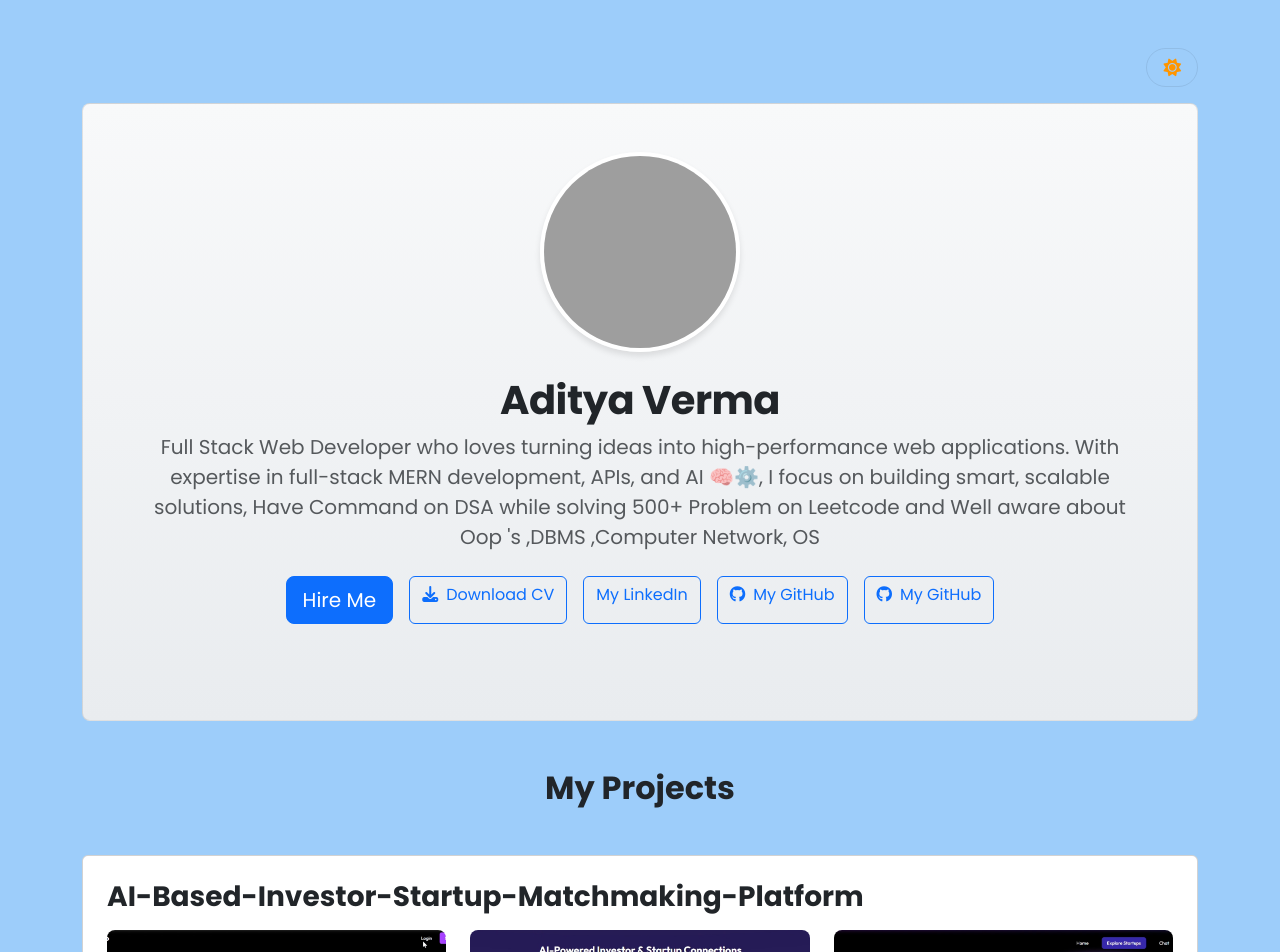
Repository: AdityaTech-Pro/Portfolio-Aditya-Verma
Page: Aditya Portfolio/index.html
An editor plug-in stored every save of this project. The page is shown before and after a run of saves, followed by the edit.
The browser window is 1280 px wide. The pictures show the part of the page from y = 0 to 952 px (the page is 4999 px tall).
Pictures or frames that could not be fetched are drawn as grey boxes.

Above is the page before, as saved 2026-01-08 00:10:34.

### Aditya Portfolio/index.html
<!DOCTYPE html>
<html lang="en">

<head>
    <meta charset="UTF-8">
    <meta name="viewport" content="width=device-width, initial-scale=1.0">
    <title>My Portfolio - Bootstrap Utilities</title>
    <!-- Bootstrap CSS -->
    <link href="https://cdn.jsdelivr.net/npm/bootstrap@5.3.2/dist/css/bootstrap.min.css" rel="stylesheet">
    <!-- Font Awesome for icons -->
    <link rel="stylesheet" href="https://cdnjs.cloudflare.com/ajax/libs/font-awesome/6.4.2/css/all.min.css">
    <!-- Google Font: Poppins -->
    <link href="https://fonts.googleapis.com/css2?family=Poppins:wght@300;400;600;700&display=swap" rel="stylesheet">
    <!-- Local custom styles -->
    <link rel="stylesheet" href="styles.css">
    <style>
        /* Custom styles to complement Bootstrap */

         :root {
            --bg: #9dcdfa;
            --card-bg: #ffffff;
            --accent: #0d6efd;
            --text: #212529;
        }

        body {
            background-color: var(--bg);
            color: var(--text);
            transition: background-color 0.3s ease, color 0.3s ease;
        }

        .profile-section {
            background: linear-gradient(to bottom, #f8f9fa, #e9ecef);
            transition: transform 0.3s ease, background 0.3s ease;
        }
        /* Top bar with theme toggle */

        .topbar {
            display: flex;
            justify-content: flex-end;
            align-items: center;
            gap: 1rem;
            margin-bottom: 1rem;
        }

        .theme-toggle {
            display: inline-flex;
            align-items: center;
            gap: 0.5rem;
            background: transparent;
            border: 1px solid rgba(0, 0, 0, 0.08);
            padding: 0.6rem 1rem;
            border-radius: 999px;
            cursor: pointer;
            color: var(--text);
            transition: all 0.3s ease;
        }

        .theme-toggle:hover {
            background: rgba(0, 0, 0, 0.05);
            transform: translateY(-1px);
        }

        .theme-toggle:active {
            transform: translateY(1px);
        }

        .theme-toggle i {
            font-size: 1.1rem;
        }

        .theme-toggle .fa-sun {
            color: #ff9500;
        }

        .theme-toggle .fa-moon {
            display: none;
            color: #6366f1;
        }

        .dark-theme .theme-toggle .fa-sun {
            display: none;
        }

        .dark-theme .theme-toggle .fa-moon {
            display: inline-block;
        }

        .btn-custom {
            transition: transform 0.3s ease;
        }

        .btn-custom:hover {
            transform: translateY(-2px);
        }

        .form-control:focus {
            box-shadow: 0 0 0 0.25rem rgba(13, 110, 253, 0.2);
        }

        .profile-img {
            width: 200px;
            height: 200px;
            object-fit: cover;
            border: 4px solid white;
            box-shadow: 0 4px 6px rgba(0, 0, 0, 0.1);
            transition: transform 0.25s ease;
        }

        .profile-img:hover {
            transform: scale(1.03);
        }
        /* Dark theme overrides */

        body.dark-theme {
            --bg: #0f1724;
            --card-bg: #111827;
            --muted: #9ca3af;
            --accent: #60a5fa;
            --text: #e6eef8;
        }

        .dark-theme .profile-section {
            background: linear-gradient(180deg, rgba(255, 255, 255, 0.02), rgba(255, 255, 255, 0.01));
        }

        .dark-theme .bg-light {
            background-color: #0b1220 !important;
            color: var(--text) !important;
            border: 1px solid rgba(255, 255, 255, 0.04);
        }

        .dark-theme .text-muted {
            color: var(--muted) !important;
        }

        .dark-theme .theme-toggle {
            border-color: rgba(255, 255, 255, 0.1);
        }

        .dark-theme .theme-toggle:hover {
            background: rgba(255, 255, 255, 0.05);
        }
        /* Small polish */

        .max-width-500 {
            max-width: 500px;
        }

        footer a {
            color: inherit;
        }

        @media (max-width: 768px) {
            .profile-img {
                width: 150px;
                height: 150px;
            }
            .topbar {
                justify-content: center;
            }
        }
        /* Project section styles */

        .project-img {
            height: 250px;
            object-fit: cover;
            border-radius: 8px;
        }

        .project-card {
            transition: transform 0.3s ease;
            background: var(--card-bg);
        }

        .project-card:hover {
            transform: translateY(-5px);
        }

        .project-links a {
            transition: opacity 0.3s ease;
        }

        .project-links a:hover {
            opacity: 0.8;
        }

        .video-container {
            position: relative;
            padding-bottom: 56.25%;
            /* 16:9 aspect ratio */
            height: 0;
            overflow: hidden;
            border-radius: 8px;
        }

        .video-container iframe {
            position: absolute;
            top: 0;
            left: 0;
            width: 100%;
            height: 100%;
            border: 0;
        }
    </style>
</head>

<body>
    <!-- Main Container -->
    <div class="container py-5">
        <!-- Top bar: theme toggle and quick actions -->
        <div class="topbar">
            <button id="themeToggle" class="theme-toggle" aria-pressed="false" aria-label="Toggle dark mode">
                <i class="fas fa-sun" aria-hidden="true"></i>
                <i class="fas fa-moon" aria-hidden="true"></i>
                <span class="visually-hidden">Toggle theme</span>
            </button>
        </div>
        <!-- Profile Section -->
        <section class="profile-section p-5 rounded-3 text-center mb-5">
            <img src="https://avatars.githubusercontent.com/u/219658559?s=400&u=7e5a78b2bf82817b3f897e4e53b1019b24af58ee&v=4" alt="Profile Picture" class="profile-img img-fluid rounded-circle mb-4">

            <h1 class="fw-bold mb-2">Aditya Verma</h1>
            <p class="text-muted fs-5 mb-4">Full Stack Web Developer who loves turning ideas into high-performance web applications. With expertise in full-stack MERN development, APIs, and AI 🧠⚙️, I focus on building smart, scalable solutions, Have Command on DSA while solving 500+
                Problem on Leetcode and Well aware about Oop 's ,DBMS ,Computer Network, OS</p>

            <!-- Action Buttons -->
            <div class="d-flex justify-content-center gap-3 mb-5">
                <button class="btn btn-primary btn-lg btn-custom">
                    Hire Me
                </button>
                <a href="./assets/AdityaVerma_Resume.pdf" class="btn btn-outline-primary " download>
                    <i class="fas fa-download me-2"></i>Download CV
                </a>
                <a href="https://www.linkedin.com/in/9905adityaverma/" class="btn btn-outline-primary " target="_blank ">
                    <i class="fa:linkedin-square"></i>My LinkedIn
                </a>
                <a href="https://www.linkedin.com/in/9905adityaverma/" class="btn btn-outline-primary " target="_blank ">
                    <i class="fab fa-github me-2 "></i>My GitHub
                </a>
                <a href="https://github.com/AdityaTech-Pro" class="btn btn-outline-primary " target="_blank ">
                    <i class="fab fa-github me-2 "></i>My GitHub
                </a>

            </div>
        </section>

        <!-- Projects Section -->
        <section class="mb-5">
            <h2 class="text-center fw-bold mb-5"> My Projects</h2>

            <!--Project1-->
            <div class="card project-card mb-5">
                <div class="card-body p-4">
                    <h3 class="card-title fw-bold mb-3">AI-Based-Investor-Startup-Matchmaking-Platform</h3>

                    <!-- Project Images -->
                    <div class="row g-4 mb-4">
                        <div class="col-md-4">
                            <img src="./assets/P1a.png" alt="Project Screenshot 1" class="project-img img-fluid w-100">
                        </div>
                        <div class="col-md-4">
                            <img src="./assets/P1b.png" alt="Project Screenshot 2" class="project-img img-fluid w-100">
                        </div>
                        <div class="col-md-4">
                            <img src="./assets/P1c.png" alt="Project Screenshot 3" class="project-img img-fluid w-100">
                        </div>
                    </div>

                    <!-- Project Video -->
                    <div class="video-container mb-4">
                        <iframe src="./assets/Project (AI based S&IP).mp4" title="Project Demo " allow="accelerometer; autoplay; clipboard-write; encrypted-media; gyroscope; picture-in-picture " allowfullscreen></iframe>
                    </div>

                    <!-- Project Description -->
                    <p class="card-text mb-4 ">
                        An innovative platform that uses artificial intelligence to match investors with promising startups based on various parameters including industry focus, investment stage, funding requirements, and growth metrics.
                    </p>

                    <!-- Project Links -->
                    <div class="project-links d-flex gap-3 ">
                        <a href="http://localhost:3000 " class="btn btn-outline-primary " target="_blank ">
                            <i class="fas fa-laptop-code me-2 "></i>Live Demo
                        </a>
                        <a href="https://github.com/KS-Vijay/AI-Based-Investor-Startup-Matchmaking-Platform " class="btn btn-outline-dark " target="_blank ">
                            <i class="fab fa-github me-2 "></i>GitHub Repository
                        </a>
                    </div>
                </div>
            </div>

            <!--Project2-->
            <div class="card project-card mb-5 ">
                <div class="card-body p-4 ">
                    <h3 class="card-title fw-bold mb-3 ">Lung Cancer Detection using Convolutional Neural Network (CNN)</h3>

                    <!-- Project Images -->
                    <div class="row g-4 mb-4 ">
                        <div class="col-md-4 ">
                            <img src="./assets/P2a.png " alt="Project Screenshot 1 " class="project-img img-fluid w-100 ">
                        </div>
                        <div class="col-md-4 ">
                            <img src="./assets/P2b.png " alt="Project Screenshot 2 " class="project-img img-fluid w-100 ">
                        </div>
                        <div class="col-md-4 ">
                            <img src="./assets/P2c.png " alt="Project Screenshot 3 " class="project-img img-fluid w-100 ">
                        </div>
                    </div>

                    <!-- Project Video -->
                    <div class="video-container mb-4 ">
                        <iframe src="./assets/Project Lung Cancer Detection using Full Stack MERN and AIML CNN Model.mp4 " title="Project Demo " allow="accelerometer; autoplay; clipboard-write; encrypted-media; gyroscope; picture-in-picture " allowfullscreen></iframe>
                    </div>

                    <!-- Project Description -->
                    <p class="card-text mb-4 ">
                        An innovative platform that uses artificial intelligence to match investors with promising startups based on various parameters including industry focus, investment stage, funding requirements, and growth metrics.
                    </p>

                    <!-- Project Links -->
                    <div class="project-links d-flex gap-3 ">
                        <a href="http://localhost:3000 " class="btn btn-outline-primary " target="_blank ">
                            <i class="fas fa-laptop-code me-2 "></i>Live Demo
                        </a>
                        <a href="https://github.com/AdityaTech-Pro/Lung-Cancer-Detection-using-Convolutional-Neural-Network" class="btn btn-outline-dark " target="_blank ">
                            <i class="fab fa-github me-2 "></i>GitHub Repository
                        </a>
                    </div>
                </div>
            </div>

            <!--Project3-->
            <div class="card project-card mb-5 ">
                <div class="card-body p-4 ">
                    <h3 class="card-title fw-bold mb-3 ">Braj Museum</h3>

                    <!-- Project Images -->
                    <div class="row g-4 mb-4 ">
                        <div class="col-md-4 ">
                            <img src="./assets/P3a.png " alt="Project Screenshot 1 " class="project-img img-fluid w-100 ">
                        </div>
                        <div class="col-md-4 ">
                            <img src="./assets/P3b.png " alt="Project Screenshot 2 " class="project-img img-fluid w-100 ">
                        </div>
                        <div class="col-md-4 ">
                            <img src="./assets/P3c.png " alt="Project Screenshot 3 " class="project-img img-fluid w-100 ">
                        </div>
                    </div>

                    <!-- Project Video -->
                    <div class="video-container mb-4 ">
                        <iframe src="./assets/Braj-Museum.mp4 " title="Project Demo " allow="accelerometer; autoplay; clipboard-write; encrypted-media; gyroscope; picture-in-picture " allowfullscreen></iframe>
                    </div>

                    <!-- Project Description -->
                    <p class="card-text mb-4 ">
                        An innovative platform that uses artificial intelligence to match investors with promising startups based on various parameters including industry focus, investment stage, funding requirements, and growth metrics.
                    </p>

                    <!-- Project Links -->
                    <div class="project-links d-flex gap-3 ">
                        <a href="http://localhost:3000 " class="btn btn-outline-primary " target="_blank ">
                            <i class="fas fa-laptop-code me-2 "></i>Live Demo
                        </a>
                        <a href="https://github.com/AdityaTech-Pro/Braj-Museum " class="btn btn-outline-dark " target="_blank ">
                            <i class="fab fa-github me-2 "></i>GitHub Repository
                        </a>
                    </div>
                </div>
            </div>
        </section>

        <!-- Contact Form Section -->
        <section class="bg-light p-5 rounded-3 ">
            <h2 class="text-center fw-bold mb-4 ">Get in Touch</h2>

            <form class="max-width-500 mx-auto ">
                <div class="mb-3 ">
                    <input type="text " class="form-control form-control-lg " placeholder="Your Name " required>
                </div>

                <div class="mb-3 ">
                    <input type="email " class="form-control form-control-lg " placeholder="Your Email " required>
                </div>

                <div class="mb-4 ">
                    <textarea class="form-control form-control-lg " rows="4 " placeholder="Your Message " required></textarea>
                </div>

                <div class="text-center ">
                    <button type="submit " class="btn btn-primary btn-lg px-5 btn-custom ">
                        Send Message
                    </button>
                </div>
            </form>
        </section>

        <!-- Footer -->
        <footer class="text-center mt-5 ">
            <div class="d-flex justify-content-center gap-3 ">
                <a href="https://www.linkedin.com/in/aditya-verma-2a3915289/ " class="text-decoration-none text-dark ">LinkedIn</a>
                <a href="https://github.com/AdityaTech-Pro " class="text-decoration-none text-dark ">GitHub</a>
                <a href="# " class="text-decoration-none text-dark "></a>
            </div>
            <p class="text-muted mt-3 ">&copy; 2025 My Portfolio. All rights reserved.</p>
        </footer>
    </div>

    <!-- Theme toggle script -->
    <script>
        (function() {
            const toggle = document.getElementById('themeToggle');
            const body = document.body;
            const saved = localStorage.getItem('theme');

            if (!toggle) return;

            function applyTheme(theme) {
                if (theme === 'dark') {
                    body.classList.add('dark-theme');
                    toggle.setAttribute('aria-pressed', 'true');
                } else {
                    body.classList.remove('dark-theme');
                    toggle.setAttribute('aria-pressed', 'false');
                }
            }

            // initial theme: saved -> user preference -> light
            if (saved) {
                applyTheme(saved);
            } else if (window.matchMedia && window.matchMedia('(prefers-color-scheme: dark)').matches) {
                applyTheme('dark');
            }

            toggle.addEventListener('click', function() {
                const isDark = body.classList.toggle('dark-theme');
                localStorage.setItem('theme', isDark ? 'dark' : 'light');
                toggle.setAttribute('aria-pressed', String(isDark));
            });
        })();
    </script>

    <!-- Bootstrap JS -->
    <script src="https://cdn.jsdelivr.net/npm/bootstrap@5.3.2/dist/js/bootstrap.bundle.min.js "></script>
</body>

</html>

### Aditya Portfolio/styles.css
/* Custom styles to enhance Bootstrap */

/* Body and general styles */
body {
    font-family: 'Poppins', 'Segoe UI', system-ui, -apple-system, sans-serif;
    background-color: #ffffff;
}

/* Container max-width for larger screens */
.container {
    max-width: 1140px;
}

/* Profile section styling */
.profile-section {
    background: linear-gradient(135deg, #f8f9fa 0%, #e9ecef 100%);
    border: 1px solid rgba(0, 0, 0, 0.1);
    transition: transform 0.3s ease;
}

.profile-section:hover {
    transform: translateY(-5px);
}

/* Profile image styling */
.profile-img {
    width: 200px;
    height: 200px;
    object-fit: cover;
    border: 4px solid white;
    box-shadow: 0 4px 15px rgba(0, 0, 0, 0.1);
    transition: transform 0.3s ease;
}

.profile-img:hover {
    transform: scale(1.05);
}

/* Button enhancements */
.btn-custom {
    transition: all 0.3s ease;
    position: relative;
    overflow: hidden;
}

.btn-custom:hover {
    transform: translateY(-2px);
    box-shadow: 0 5px 15px rgba(0, 0, 0, 0.1);
}

.btn-custom:active {
    transform: translateY(0);
}

/* Form styling */
.form-control {
    border: 2px solid #dee2e6;
    transition: all 0.3s ease;
}

.form-control:focus {
    border-color: #0d6efd;
    box-shadow: 0 0 0 0.25rem rgba(13, 110, 253, 0.2);
}

.form-control::placeholder {
    color: #adb5bd;
}

/* Social links styling */
.social-links a {
    transition: color 0.3s ease, transform 0.15s ease;
    color: #0d6efd;
    font-weight: 700;
}

.social-links a:hover {
    color: #0b5ed7 !important;
    transform: translateY(-1px);
}

/* Custom animations */
@keyframes fadeInUp {
    from {
        opacity: 0;
        transform: translateY(20px);
    }
    to {
        opacity: 1;
        transform: translateY(0);
    }
}

.profile-section, .contact-form {
    animation: fadeInUp 0.5s ease-out forwards;
}

/* Form success state */
.form-control:valid {
    border-color: #198754;
}

/* Custom section styling */
.custom-section {
    border-radius: 15px;
    overflow: hidden;
}

/* Typography enhancements */
h1 {
    letter-spacing: -0.5px;
}

.tagline {
    font-size: 1.25rem;
    color: #6c757d;
}

/* Responsive adjustments */
@media (max-width: 768px) {
    .profile-img {
        width: 150px;
        height: 150px;
    }

    .btn-custom {
        width: 100%;
        margin-bottom: 0.5rem;
    }

    .profile-section {
        padding: 2rem !important;
    }
}

/* Dark mode support */
@media (prefers-color-scheme: dark) {
    body {
        background-color: #212529;
        color: #f8f9fa;
    }

    .profile-section {
        background: linear-gradient(135deg, #343a40 0%, #212529 100%);
    }

    .form-control {
        background-color: #343a40;
        border-color: #495057;
        color: #f8f9fa;
    }

    .form-control::placeholder {
        color: #6c757d;
    }

    .bg-light {
        background-color: #343a40 !important;
    }

    .text-dark {
        color: #f8f9fa !important;
    }
}

/* When user toggles dark-theme via JS */
.dark-theme .social-links a {
    color: #93c5fd;
}

.dark-theme .social-links a:hover {
    color: #60a5fa !important;
}

/* Handle anchors that also carry Bootstrap's .text-dark (which uses !important) */
.social-links a.text-dark {
    color: #0d6efd !important;
    font-weight: 700;
}

.dark-theme .social-links a.text-dark {
    color: #93c5fd !important;
}

/* Loading animation */
.page-loading {
    opacity: 0;
    animation: fadeIn 0.5s ease-out forwards;
}

@keyframes fadeIn {
    to {
        opacity: 1;
    }
}

/* Custom scrollbar */
::-webkit-scrollbar {
    width: 10px;
}

::-webkit-scrollbar-track {
    background: #f1f1f1;
}

::-webkit-scrollbar-thumb {
    background: #888;
    border-radius: 5px;
}

::-webkit-scrollbar-thumb:hover {
    background: #555;
}

After the next 2 saves:
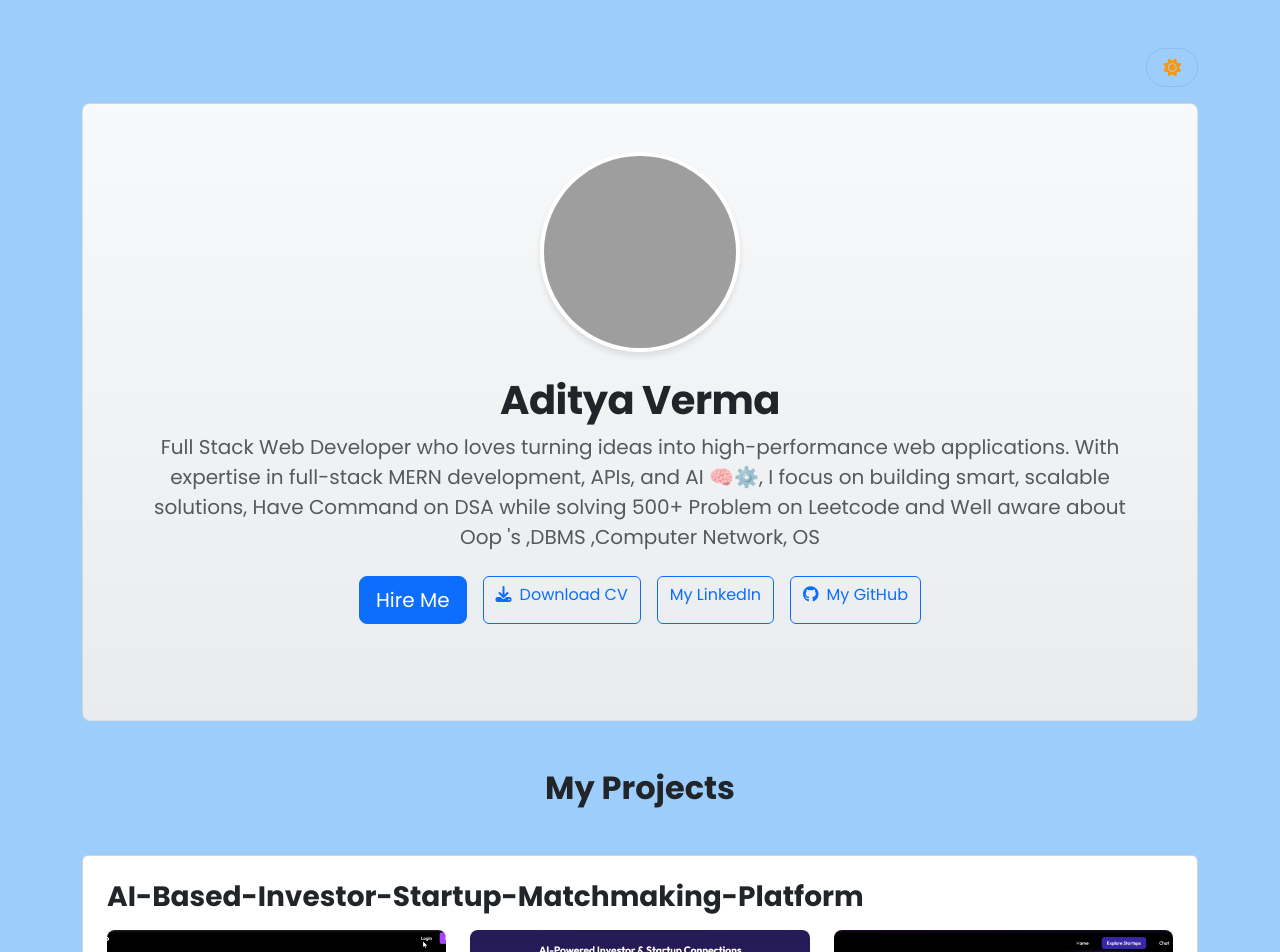
The 2 saves are shown as one change because they came seconds apart.
The last was saved 7 s later.
--- a/Aditya Portfolio/index.html
+++ b/Aditya Portfolio/index.html
@@ -235,9 +235,6 @@
                 <a href="https://www.linkedin.com/in/9905adityaverma/" class="btn btn-outline-primary " target="_blank ">
                     <i class="fa:linkedin-square"></i>My LinkedIn
                 </a>
-                <a href="https://www.linkedin.com/in/9905adityaverma/" class="btn btn-outline-primary " target="_blank ">
-                    <i class="fab fa-github me-2 "></i>My GitHub
-                </a>
                 <a href="https://github.com/AdityaTech-Pro" class="btn btn-outline-primary " target="_blank ">
                     <i class="fab fa-github me-2 "></i>My GitHub
                 </a>
